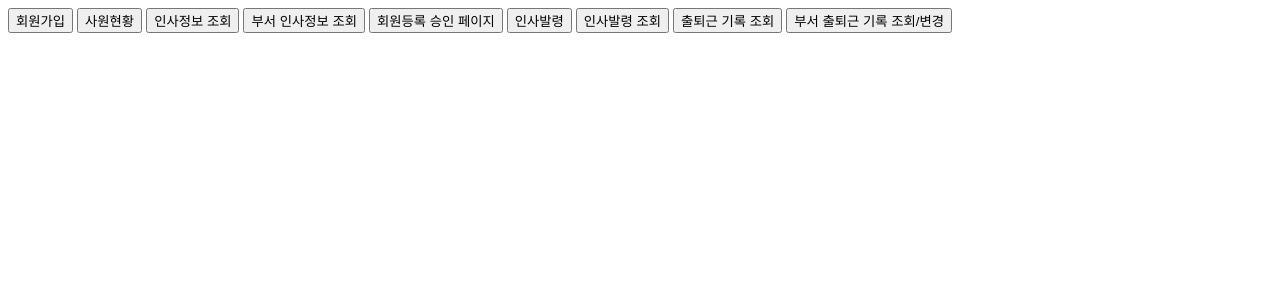
Repository: cdhft12/springTest
Page: http://localhost/todakProject/default.jsp
The author's editor kept a copy of each file at every save. The page is drawn from the files as they stood at one save, then again after the next save.
The browser window is 1280 px wide. The pictures show the whole page.
Some web libraries are served in a nearby version. The page is served by Tomcat 9.

Above is the page before, as saved 2020-03-15 05:55:06.

After the next save:
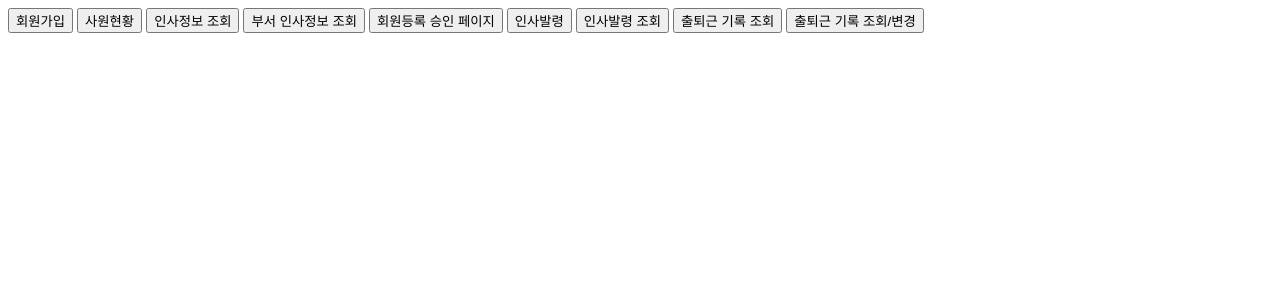
Saved 8 s later.
--- a/TodakTodak/todakProject/WebContent/default.jsp
+++ b/TodakTodak/todakProject/WebContent/default.jsp
@@ -127,7 +127,7 @@
 			<input type="button" name="appointment" id="appointment" value="인사발령">
 			<input type="button" name="selectappt" id="selectappt" value="인사발령 조회">
 			<input type="button" name="commuteRecord" id="commuteRecord" value="출퇴근 기록 조회">
-			<input type="button" name="deptCommRecord" id="deptCommRecord" value="부서 출퇴근 기록 조회/변경">
+			<input type="button" name="deptCommRecord" id="deptCommRecord" value="출퇴근 기록 조회/변경">
 
 			<span id="msg"></span>
 		</form>
